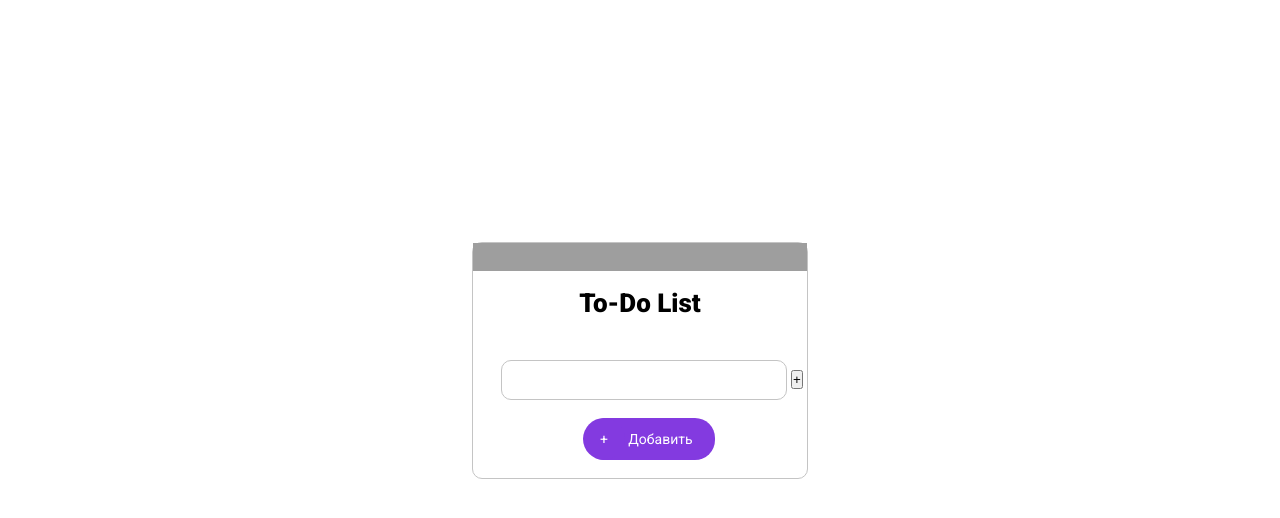
Repository: NatiqSamiyev/To-do-List-js
Page: insex.html
An editor plug-in stored every save of this project. The page is shown before and after a run of saves, followed by the edit.
The browser window is 1280 px wide. The pictures show the whole page.
Pictures or frames that could not be fetched are drawn as grey boxes. Some web fonts or font styles are not loaded; a fallback is used.

Above is the page before, as saved 2023-10-31 11:43:30.

### insex.html
<!DOCTYPE html>
<html lang="en">
<head>
    <meta charset="UTF-8">
    <meta name="viewport" content="width=device-width, initial-scale=1.0">
    <title>Document</title>
    <link rel="stylesheet" href="index.css">
</head>
<body>

    <div class="list-container">
        <form action="">
            <div class="color">
               <img src="./image/Rectangle 32.svg" alt="">
               <h1> To-do list </h1>
            </div>

            <label for="">
                <input type="text" class="text-input" required>
            </label>
<button>
    <div class="circle">
        +
    </div>
    <p></p>
</button>
            <div class="btn-box">
              <button class="btn-1">
                <h2>Добавить</h2>
             </button>
              <button class="btn-2"><p>+</p></button>
            </div>

            <ul>


            </ul>


        </form>
    </div>



</body>
<script src="./index.js"></script>
</html>

### index.css
@import url("https://fonts.googleapis.com/css2?family=Epilogue:wght@400;600;700;800&family=Inter:wght@400;500;600;700&family=Laila:wght@700&family=Open+Sans:wght@400;600;700;800&family=Roboto+Slab:wght@700&family=Roboto:wght@400;700;900&display=swap");

* {
  margin: 0;
  padding: 0;
  box-sizing: border-box;
}

.list-container {
  width: 100%;
  display: flex;
  width: 100%;
  min-height: 100vh;
  padding: 232px 0px;
  justify-content: center;
  align-items: center;
  background: #fff;
}

form {
  width: 336px;
  /* height: 236px; */
  border-radius: 10px;
  border: 1px solid #c4c4c4;
  background: rgba(196, 196, 196, 0);
}

form .color img {
  width: 100%;
  height: 28px;
}

.color h1 {
  margin-top: 13px;
  color: #000;
  text-align: center;
  font-family: Roboto;
  font-size: 26px;
  font-style: normal;
  font-weight: 900;
  line-height: normal;
  text-transform: capitalize;
}

input {
  margin-top: 42px;
  margin-left: 28px;
  padding: 10px 15px;
  width: 286px;
  height: 40px;
  border-radius: 10px;
  border: 1px solid #c4c4c4;
  background: rgba(196, 196, 196, 0);
  cursor: pointer;
}

.btn-box {
  position: relative;
  width: 129px;
  height: 42px;
}

.btn-1 {
  margin-top: 18px;
  margin-left: 113px;
  width: 129px;
  height: 42px;
  border: none;
  background-color: #833AE0;
  border-radius: 20px;
  cursor: pointer;
}

.btn-1 h2 {
  color: #fff;
  margin-left: 20px;
  font-family: Roboto;
  font-size: 14px;
  font-style: normal;
  font-weight: 400;
  line-height: normal;
  flex-direction: column;
  justify-content: center;
  display: flex;
}

.btn-2 {
  width: 42px;
  height: 42px;
  background-color: #833AE0;
  border-radius: 25px;
  border: none;
  position: absolute;
  margin-left: 110px;
  top: 18px;
  cursor: pointer;
}

.btn-2 p {
  color: #fff;
  text-align: center;
  font-family: Roboto;
  font-size: 14px;
  font-style: normal;
  font-weight: 400;
  line-height: normal;
  display: flex;
  flex-direction: column;
  justify-content: center;
}

ul{
    margin-bottom: 12px;
    padding: 12px 30px 12px 27px;
}

ul li{
    margin-top: 24px;
    list-style-type: none;
    display: flex;
    justify-content: space-between;
}

ul li h3{
    color: #000;
font-family: Roboto;
font-size: 14px;
font-style: normal;
font-weight: 400;
line-height: normal;
}

ul li img{
    width: 20px;
height: 20px;

}

### index.js
let form=document.querySelector('form')
let bntList=document.querySelector('.btn')
let ul=document.querySelector('ul')
let input=document.querySelector('.text-input')


form.addEventListener('sumbit', sumbitForm)
function sumbitForm(a) {
    a.preventDefault()
    ul.innerHTML +=`
    <li>
     <h3>Почистить зубы</h3>
     <img src="./image/Group 56.svg" alt="">
     <p>${textInput.value}</p>
    </li>

    <li>
     <h3>Купить зубную пасту</h3>
     <img src="./image/Group 56.svg" alt="">
    </li>

    <li>
     <h3>Умыться</h3>
     <img src="./image/Group 56.svg" alt="">
    </li>

    <li>
     <h3>Выпить кофе</h3>
     <img src="./image/Group 56.svg" alt="">
    </li>

    <li>
     <h3>Принять душ</h3>
     <img src="./image/Group 56.svg" alt="">
    </li>
`;
form.reset();

}

After the next 2 saves:
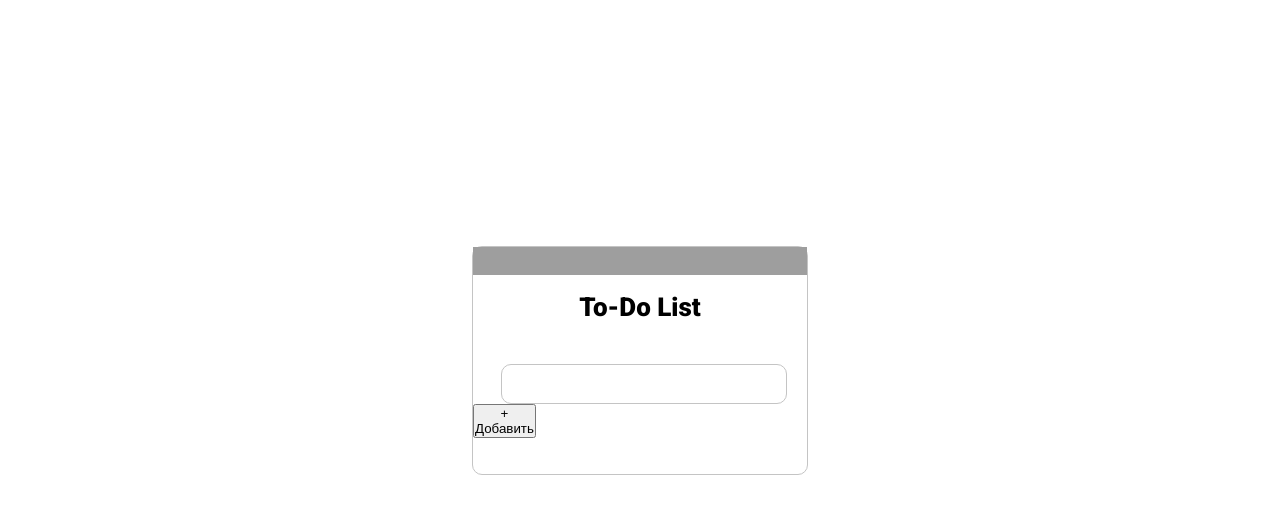
The 2 saves are shown as one change because they came seconds apart.
The last was saved 8 s later.
--- a/insex.html
+++ b/insex.html
@@ -22,14 +22,14 @@
     <div class="circle">
         +
     </div>
-    <p></p>
+    <p>Добавить</p>
 </button>
-            <div class="btn-box">
+            <!-- <div class="btn-box">
               <button class="btn-1">
                 <h2>Добавить</h2>
              </button>
               <button class="btn-2"><p>+</p></button>
-            </div>
+            </div> -->
 
             <ul>
 
